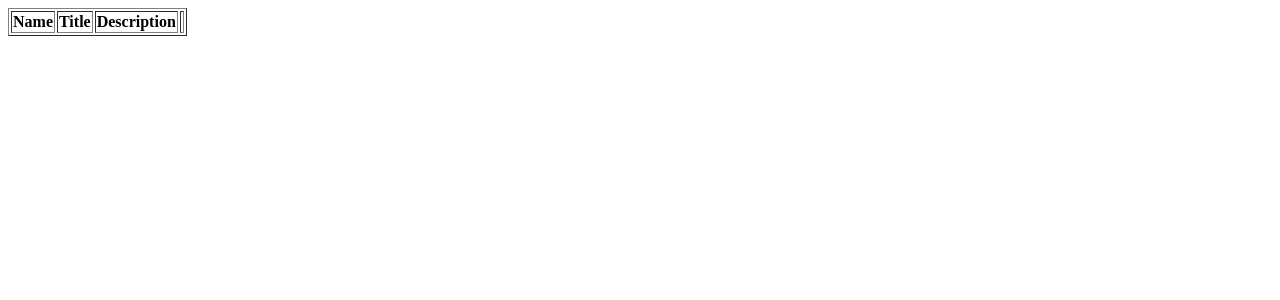
Repository: ARUN-YERRAM/Fs-Kmit
Page: index.html
The author's editor kept a copy of each file at every save. The page is drawn from the files as they stood at one save, then again after a run of saves.
The browser window is 1280 px wide. The pictures show the whole page.

Above is the page before, as saved 2024-12-14 15:04:36.

After the next 2 saves:
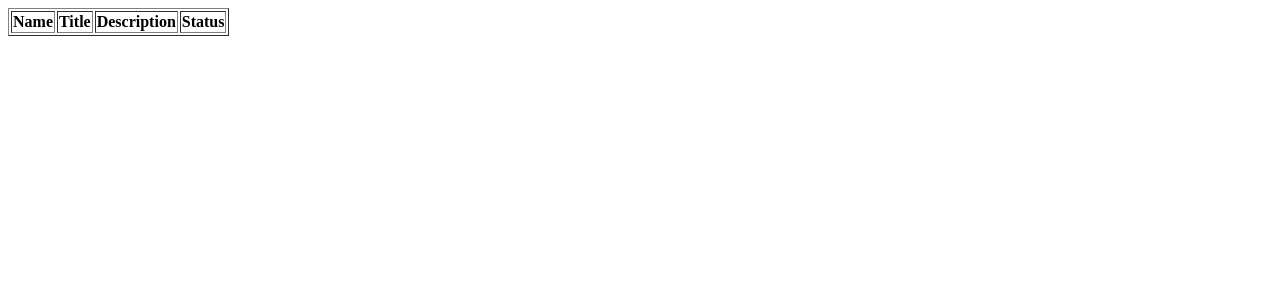
The 2 saves are shown as one change because they came seconds apart.
The last was saved 6 s later.
--- a/index.html
+++ b/index.html
@@ -12,7 +12,7 @@
                     <th>Name</th>
                     <th>Title</th>
                     <th>Description</th>
-                    <th
+                    <th>Status</th>
                 </tr>
             </thead>
 
